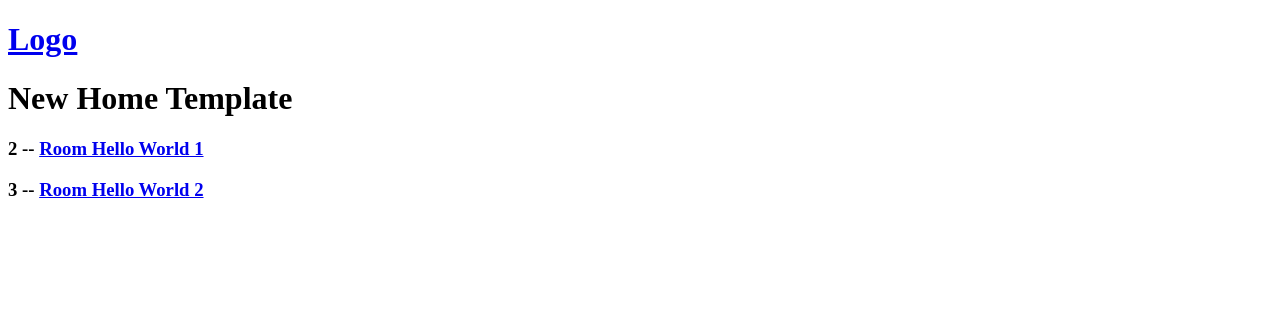
Repository: DZESU/studybug_django
Page: http://localhost/
The author's editor kept a copy of each file at every save. The page is drawn from the files as they stood at one save, then again after the next save.
The browser window is 1280 px wide. The pictures show the whole page.
The page is served by the project's application, run on Django 4.2 (manage.py). The page reads the database file committed with the project.

Above is the page before, as saved 2022-08-01 22:36:48.

After the next save:
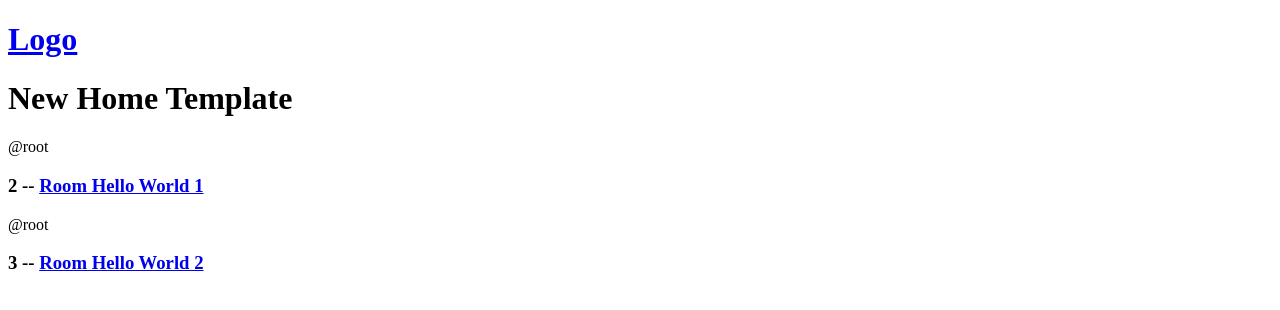
Saved 4 min 17 s later.
--- a/base/templates/base/home.html
+++ b/base/templates/base/home.html
@@ -7,8 +7,8 @@
     <div>
         {% for room in rooms %}
             <div>
+                <span>@{{room.host}}</span>
                 <h3>
-
                     {{room.id}} -- <a href='{% url "room" room.id %}'>{{room.name}}</a>
                 </h3>
             </div>
